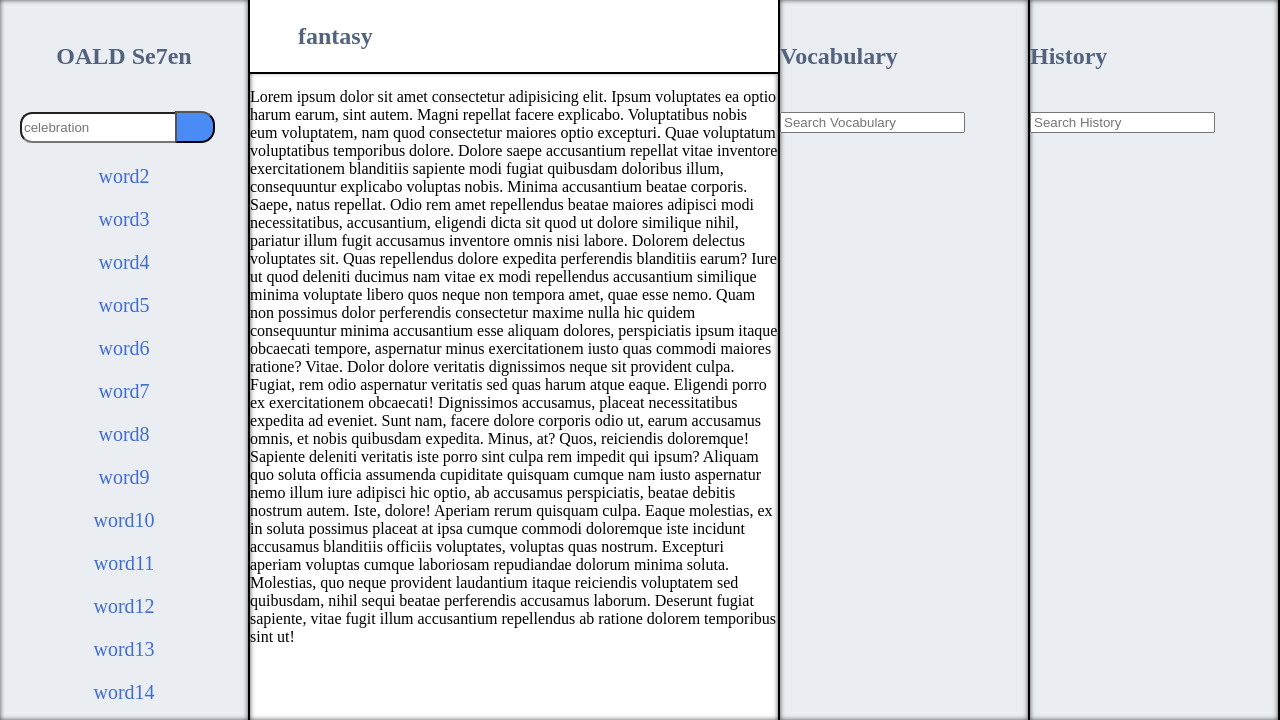
Repository: JJianZ/miao
Page: a.html
The author's editor kept a copy of each file at every save. The page is drawn from the files as they stood at one save, then again after the next save.
The browser window is 1280 px wide. The pictures show the whole page.

Above is the page before, as saved 2021-11-23 10:50:56.

After the next save:
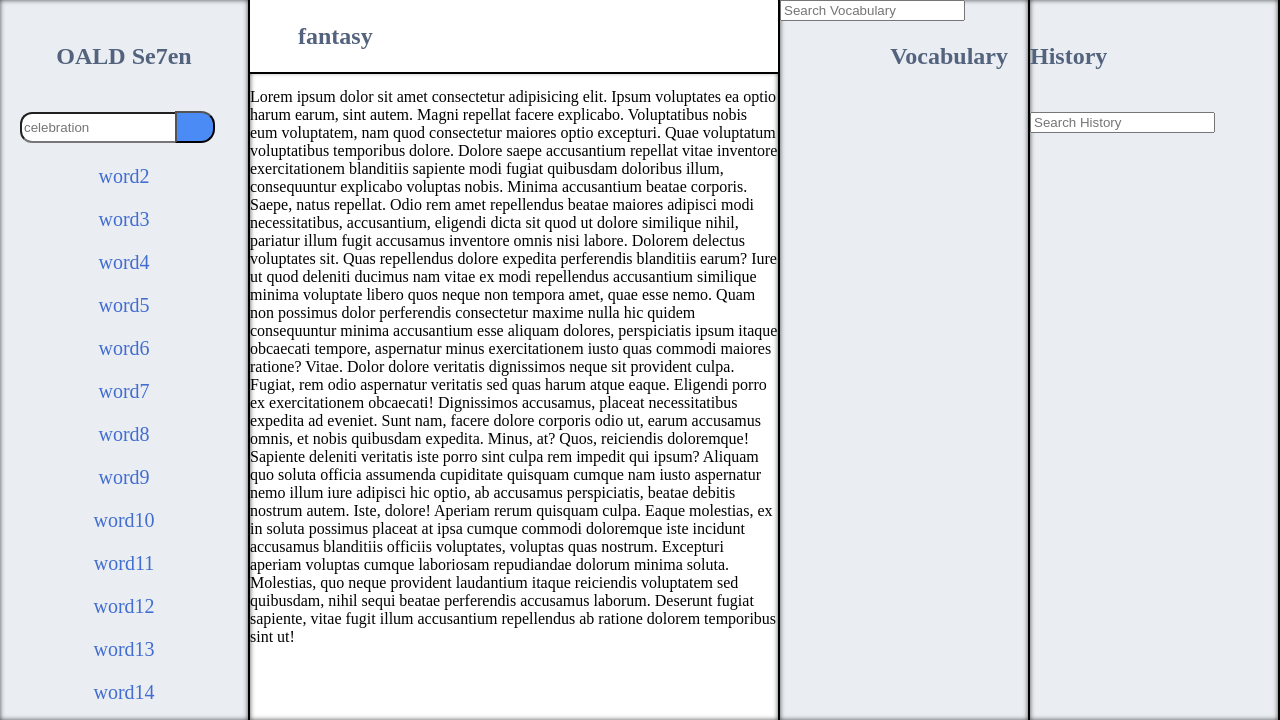
Saved 35 s later.
--- a/a.html
+++ b/a.html
@@ -99,6 +99,10 @@
     .second {
       right: 250px;
     }
+    .second h2 {
+      position: absolute;
+      right: 20px;
+    }
     .third {
       right: 0px;
     }
